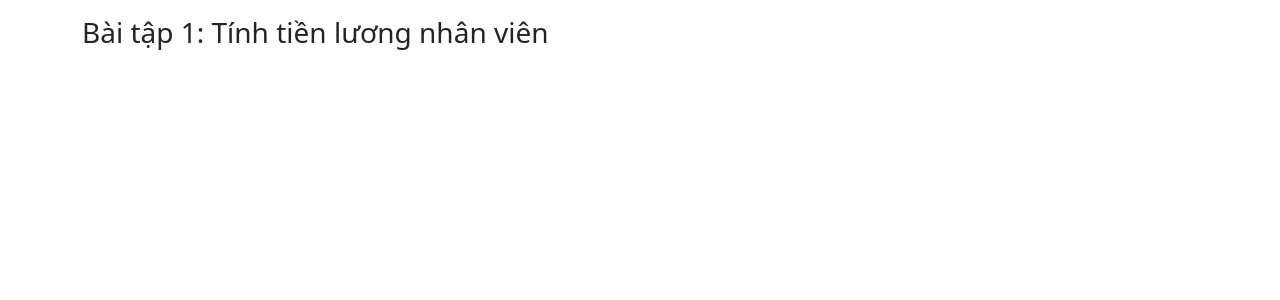
Repository: hcozyph/TranHuuPhuoc_BC43_BT_JS_Buoi2
Page: index.html
An editor plug-in stored every save of this project. The page is shown before and after the next save, followed by the edit.
The browser window is 1280 px wide. The pictures show the whole page.

Above is the page before, as saved 2023-01-21 19:54:52.

After the next save:
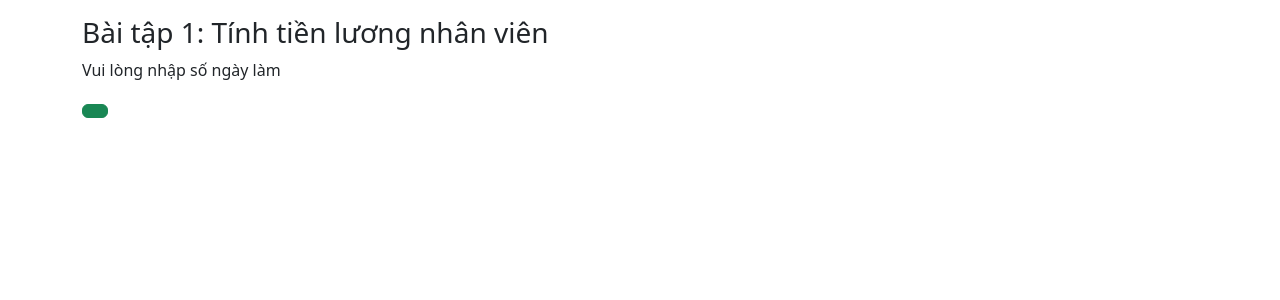
Saved 2 min 21 s later.
--- a/index.html
+++ b/index.html
@@ -34,6 +34,8 @@
         <div class="container">
             <div>
                 <h1 class="fs-3 mt-3">Bài tập 1: Tính tiền lương nhân viên</h1>
+                <p>Vui lòng nhập số ngày làm</p>
+                <button class="btn btn-success" id=""></button>
             </div>
         </div>
 
